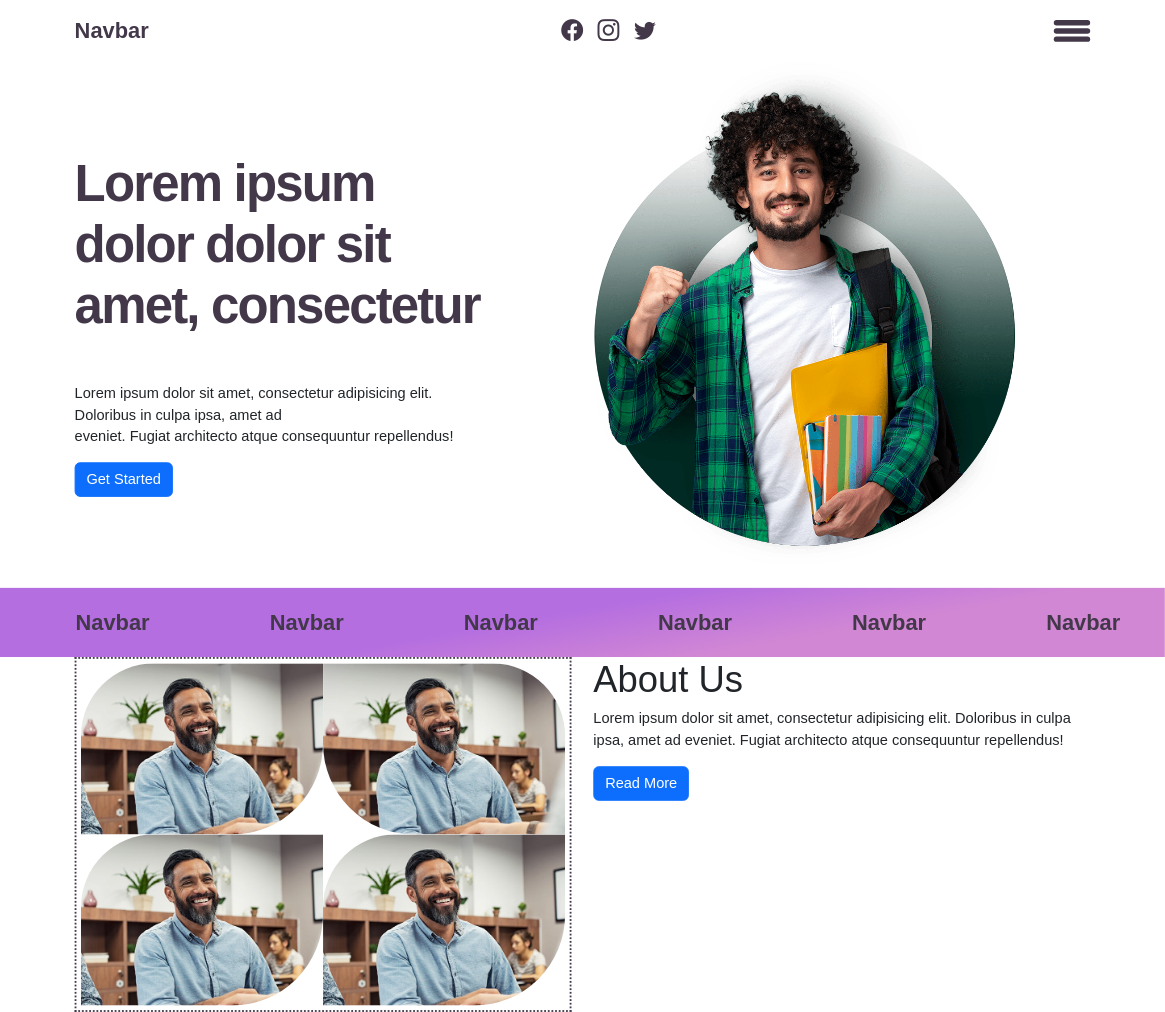
Repository: tagnam/project27012025
Page: index.html
These files come from the project's save history. The page is drawn as it stood at one moment and after the next save; the edit follows.
The browser window is 1280 px wide. The pictures show the whole page, at 91% of full size.

Above is the page before, as saved 2025-01-27 16:33:45.

### index.html
<!DOCTYPE html>
<html lang="en">
<head>
    <meta charset="UTF-8">
    <meta name="viewport" content="width=device-width, initial-scale=1.0">
    <link href="https://cdn.jsdelivr.net/npm/bootstrap@5.3.3/dist/css/bootstrap.min.css" rel="stylesheet" integrity="sha384-QWTKZyjpPEjISv5WaRU9OFeRpok6YctnYmDr5pNlyT2bRjXh0JMhjY6hW+ALEwIH" crossorigin="anonymous">
    <link rel="stylesheet" href="style/css/index.css">
    <link rel="stylesheet" href="style/css/animation.css">
    <link rel="stylesheet" href="style/css/responsive.css">
    <title>project27012025</title>
</head>
<body>
<header>
    <!-- --------------------------------------------start nav bar ------------------------------->
    <nav class="navbar navbar-expand-lg custom-nav">
        <div class="container">
          <div class="collapse navbar-collapse justify-content-between" id="navbarSupportedContent">
            <a class="navbar-brand" href="#">Navbar</a>
            <ul class="navbar-nav  ">

              <li class="nav-item">
                <a class="nav-link" href="#"><i class="bi bi-facebook"></i></a>
              </li>
              <li class="nav-item">
                <a class="nav-link" href="#"><i class="bi bi-instagram"></i></a>
              </li>
              <li class="nav-item">
                <a class="nav-link" href="#"><i class="bi bi-twitter"></i></a>
              </li>
            </ul>
            <div class="d-flex">
               <div class="menu-container" type="button" data-bs-toggle="offcanvas" data-bs-target="#offcanvasExample" aria-controls="offcanvasExample">
                <span class="span-menu-01 menu-icon"></span>
                <span class="span-menu-02 menu-icon"></span>
                <span class="span-menu-03 menu-icon"></span>
            </div>
            </div>
          </div>
        </div>
      </nav>

      <!-- ------------------------------start offcanvas ---------------------------------------->
      <div class="offcanvas offcanvas-start " tabindex="-1" id="offcanvasExample" aria-labelledby="offcanvasExampleLabel">
        <div class="offcanvas-header">
          <h5 class="offcanvas-title" id="offcanvasExampleLabel">Offcanvas</h5>
          <button type="button" class="btn-close text-reset" data-bs-dismiss="offcanvas" aria-label="Close"></button>
        </div>
        <div class="offcanvas-body">
          <div>
            Some text as placeholder. In real life you can have the elements you have chosen. Like, text, images, lists, etc.
          </div>
          <div class="dropdown mt-3">
            <button class="btn btn-secondary dropdown-toggle" type="button" id="dropdownMenuButton" data-bs-toggle="dropdown">
              Dropdown button
            </button>
            <ul class="dropdown-menu" aria-labelledby="dropdownMenuButton">
              <li><a class="dropdown-item" href="#">Action</a></li>
              <li><a class="dropdown-item" href="#">Another action</a></li>
              <li><a class="dropdown-item" href="#">Something else here</a></li>
            </ul>
          </div>
        </div>
      </div>
       <!-- -----------------------------end offcanvas ------------------------------------------->
      <!------------------------------------------------ end navbar ----------------------------->


</header>
<section class="hero-section">
    <div  class="container" style="height: 100%;">
        <div class="row" >
            <div class="col-lg-6 col-md-6 col-sm-12">
                <div class="banner-content ">
                    <h1>Lorem ipsum dolor  dolor sit amet, consectetur </h1>
                    <p>Lorem ipsum dolor sit amet, consectetur adipisicing elit. Doloribus in culpa ipsa, amet ad<br> eveniet. Fugiat architecto atque consequuntur repellendus!</p>
                    <button class="btn btn-primary">Get Started</button>
                </div>
            </div>
            <div class="col-lg-6 col-md-6 col-sm-12">
                <div class="banner-img d-flex justify-content-end">
                    <img src="image/hero-banner-01.webp" class="w-100" alt="">

            </div>

        </div>
    </div>
    <!-- <div class="row">
        <div class="col-lg-6 col-md-6 col-sm-12 d-flex justify-content-start">
            <div class="banner-btn">
                <a class="btn custom-btn btn-outline-success"> Get Started </a>
            </div>
        </div>
        <div class="col-lg-6 col-md-6 col-sm-12 d-flex justify-content-end">
             <div class="banner-footer-text">
                <p>Lorem ipsum dolor sit amet <br>consectetur adipisicing elit. Numquam, vel.</p>
             </div>

    </div>
 </div> -->
  </section>


<section class="client-section">
    <div class="container-fluid">
       <div class="row  row-cols-3 row-cols-md-6 g-4">
        <div class="col client-logo">
            <a class="navbar-brand w-25" href="#">Navbar</a>
        </div>
        <div class="col client-logo">
            <a class="navbar-brand w-25" href="#">Navbar</a>
        </div>
        <div class="col client-logo">
            <a class="navbar-brand w-25" href="#">Navbar</a>
        </div>
        <div class="col client-logo">
            <a class="navbar-brand w-25" href="#">Navbar</a>
        </div>
        <div class="col client-logo">
            <a class="navbar-brand w-25" href="#">Navbar</a>
        </div>
        <div class="col client-logo">
            <a class="navbar-brand w-25" href="#">Navbar</a>
        </div>

    </div>
    </div>
</section>

<section>
    <div class="container">
        <div class="row">
            <div class="col-lg-6 col-md-6 col-sm-12">
                <div class="about-row row  row-cols-1 row-cols-md-2 g-0">
                    <div class="col">
                        <div class="img">
                            <img src="image/elearning-08.jpg" class="about-row-img-01 w-100" alt="">
                        </div>
                    </div>
                    <div class="col">
                        <div class="img">
                            <img src="image/elearning-08.jpg" class="about-row-img-02 w-100" alt="">
                        </div>
                    </div>
                    <div class="col">
                        <div class="img">
                            <img src="image/elearning-08.jpg" class="about-row-img-03 w-100" alt="">
                        </div>
                    </div>
                    <div class="col">
                        <div class="img">
                            <img src="image/elearning-08.jpg" class="about-row-img-04 w-100" alt="">
                        </div>
                    </div>
                </div>
            </div>
            <div class="col-lg-6 col-md-6 col-sm-12">
                <div class="about-content">
                    <h1>About Us</h1>
                    <p>Lorem ipsum dolor sit amet, consectetur adipisicing elit. Doloribus in culpa ipsa, amet ad eveniet. Fugiat architecto atque consequuntur repellendus!</p>
                    <button class="btn btn-primary">Read More</button>
                </div>
            </div>

        </div>
    </div>
</section>
<script src="https://cdn.jsdelivr.net/npm/bootstrap@5.3.3/dist/js/bootstrap.bundle.min.js" integrity="sha384-YvpcrYf0tY3lHB60NNkmXc5s9fDVZLESaAA55NDzOxhy9GkcIdslK1eN7N6jIeHz" crossorigin="anonymous"></script>
<script src="style/js/custom.js"></script>
</body>
</html>

### style/css/index.css
@import url("https://cdn.jsdelivr.net/npm/bootstrap-icons@1.11.3/font/bootstrap-icons.min.css");

*{
 margin: 0;
padding: 0;
box-sizing: border-box;
}

:root{
    --dark-color:#423849;
    --semi-dark-color:#b46ee0;
    --light-color:#d287d4;
    --white-color:#fff;
    --main-heading-font-size: 3.5rem;
    --subheading-font-size: 2rem;
    --paragraph-font-size: 1rem;


}


body{
    font-family: 'Poppins', sans-serif;


}

/* header{
    position: fixed;
    top: 0;
    z-index: 1000;
width: 100%;
} */

.navbar-brand{
    font-size: 1.5rem;
    font-weight: 800;
    color: var(--dark-color);
}

.menu-icon{
    display: block;
    width: 40px;
    height: 6px;
    background-color: var(--dark-color);
    margin: 3px auto;
    border-radius: 20px;
    cursor: pointer;
}


.nav-link .bi{
    font-size: 1.5rem;
    color: var(--dark-color);
}

.banner-content{
    margin: 100px auto;
    padding-right: 100px;
}

.banner-content h1{
    color: var(--dark-color);
    font-weight: 800;
    /* font-size: 55px; */
    font-size: var(--main-heading-font-size);
    letter-spacing: -2px;
    margin: 50px 0px;
}
/* .hero-section{
   background-image: url(/image/business-banner.jpg);
    background-size: cover;
    background-position: center;
    height: 100vh;
} */

.banner-footer-text p{
    color: var(--dark-color);

}


.client-section{
    background: linear-gradient(-190deg, rgba(180,110,224,1) 45%, rgba(210,135,212,1) 70%);
    padding: 20px 0px;
    overflow: hidden;
}

.client-logo{
    display: flex;
    justify-content: center;
    align-items: center;
    flex-wrap: wrap;
    color: var(--white-color);
}
.about-row {
    border: 2px dotted var(--dark-color);
    padding: 5px;
}

.about-row-img-01{
    border-top-left-radius: 80px;
    border-bottom-right-radius: 100px;
}


.about-row-img-02{
    border-top-right-radius: 80px;
    border-bottom-left-radius: 100px;
}

.about-row-img-03{
    border-top-left-radius: 80px;
    border-bottom-right-radius: 100px;
}

.about-row-img-04{
    border-top-left-radius: 80px;
    border-bottom-right-radius: 100px;
}

Loaded but not shown: style/js/custom.js (no copy from this time; the picture is the same without it); style/css/animation.css (no stored copy; drawn as an empty file); style/css/responsive.css (no stored copy; drawn as an empty file)

After the next save:
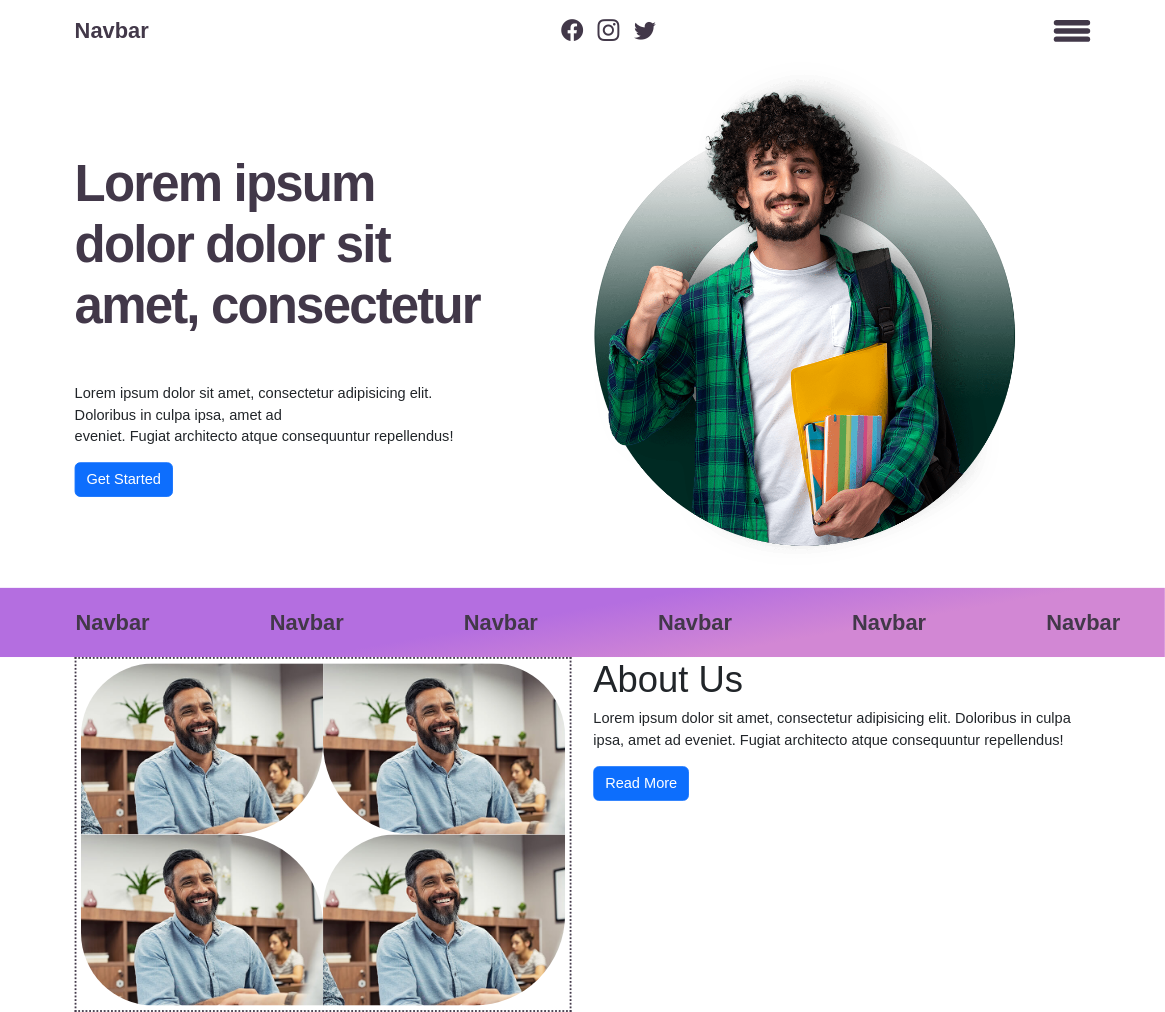
Saved 61 s later.
--- a/style/css/index.css
+++ b/style/css/index.css
@@ -110,8 +110,8 @@ width: 100%;
 }
 
 .about-row-img-03{
-    border-top-left-radius: 80px;
-    border-bottom-right-radius: 100px;
+    border-bottom-left-radius: 80px;
+    border-top-right-radius: 100px;
 }
 
 .about-row-img-04{
